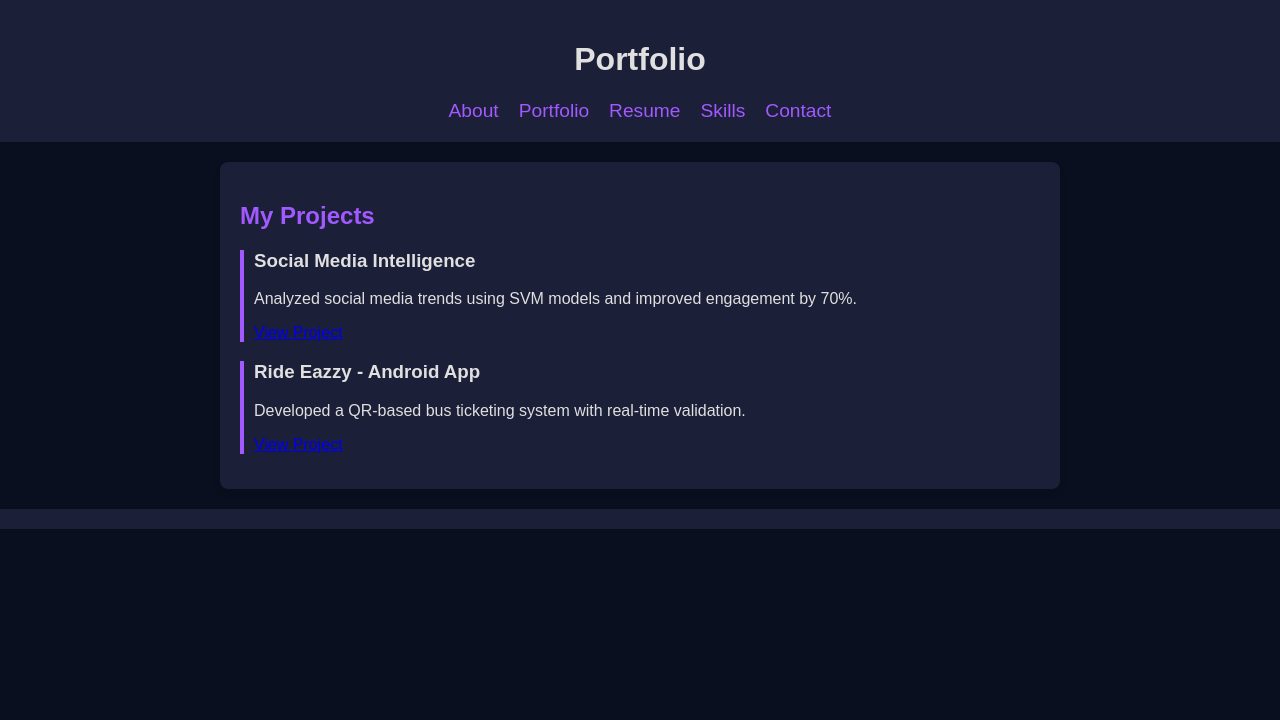
Repository: aman3singh/portfolio
Page: portfolio.html
The author's editor kept a copy of each file at every save. The page is drawn from the files as they stood at one save, then again after the next save.
The browser window is 1280 px wide. The pictures show the whole page.

Above is the page before, as saved 2025-02-11 23:44:18.

After the next save:
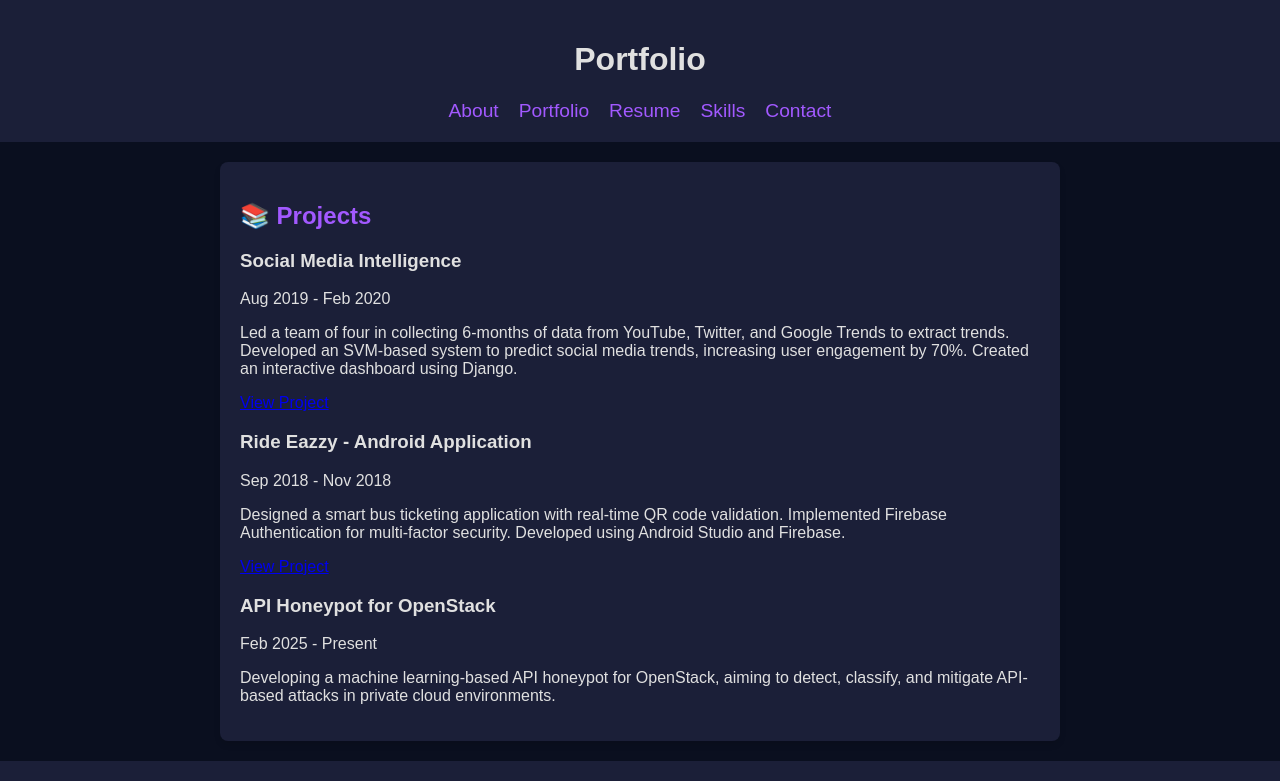
Saved 5 min 1 s later.
--- a/portfolio.html
+++ b/portfolio.html
@@ -18,17 +18,33 @@
         </nav>
     </header>
 
-    <section id="projects">
-        <h2>My Projects</h2>
-        <div class="project">
-            <h3>Social Media Intelligence</h3>
-            <p>Analyzed social media trends using SVM models and improved engagement by 70%.</p>
-            <a href="https://github.com/your-username/social-media-intelligence" target="_blank">View Project</a>
+    <section id="projects" class="timeline">
+        <h2>📚 Projects</h2>
+
+        <div class="project-item">
+            <div class="project-content">
+                <h3>Social Media Intelligence</h3>
+                <span class="date">Aug 2019 - Feb 2020</span>
+                <p>Led a team of four in collecting 6-months of data from YouTube, Twitter, and Google Trends to extract trends. Developed an SVM-based system to predict social media trends, increasing user engagement by 70%. Created an interactive dashboard using Django.</p>
+                <a href="https://github.com/your-username/social-media-intelligence" target="_blank">View Project</a>
+            </div>
         </div>
-        <div class="project">
-            <h3>Ride Eazzy - Android App</h3>
-            <p>Developed a QR-based bus ticketing system with real-time validation.</p>
-            <a href="https://github.com/your-username/ride-eazzy" target="_blank">View Project</a>
+
+        <div class="project-item">
+            <div class="project-content">
+                <h3>Ride Eazzy - Android Application</h3>
+                <span class="date">Sep 2018 - Nov 2018</span>
+                <p>Designed a smart bus ticketing application with real-time QR code validation. Implemented Firebase Authentication for multi-factor security. Developed using Android Studio and Firebase.</p>
+                <a href="https://github.com/your-username/ride-eazzy" target="_blank">View Project</a>
+            </div>
+        </div>
+
+        <div class="project-item">
+            <div class="project-content">
+                <h3>API Honeypot for OpenStack</h3>
+                <span class="date">Feb 2025 - Present</span>
+                <p>Developing a machine learning-based API honeypot for OpenStack, aiming to detect, classify, and mitigate API-based attacks in private cloud environments.</p>
+            </div>
         </div>
     </section>
 
